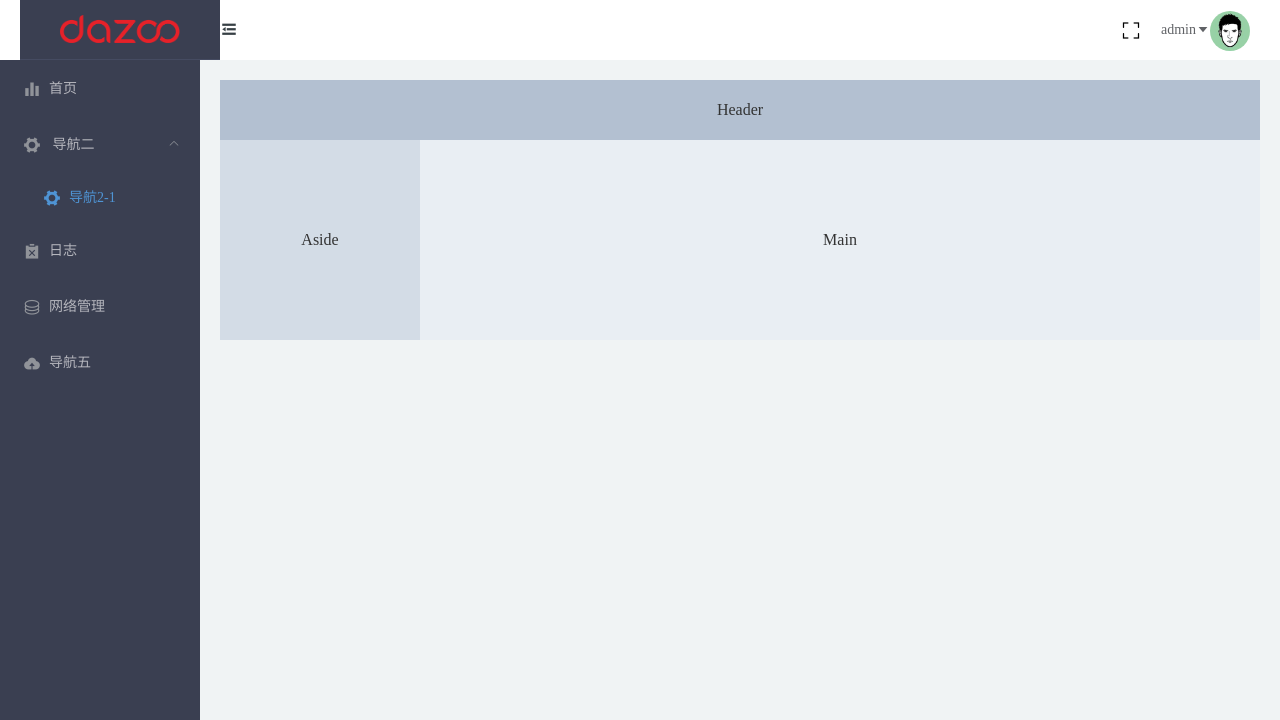
Repository: TomGodb/dazoo-admin
Page: /#/dashbord/aaa
These files come from the project's save history. The page is drawn as it stood at one moment and after the next save; the edit follows.
The browser window is 1280 px wide. The pictures show the whole page.
The project was rebuilt for these pictures with package versions that can differ from the ones it lists, and the page was loaded fresh each time. Also part of the build but not shown: vue.config.js, src/components/SlideVerify/index.vue, src/utils/request.js, src/views/login/http.js, src/views/login/index.vue.

Above is the page before, as saved 2021-01-23 11:25:42.

### public/index.html
<!DOCTYPE html>
<html lang="">
  <head>
    <meta charset="utf-8">
    <meta http-equiv="X-UA-Compatible" content="IE=edge">
    <meta name="viewport" content="width=device-width,initial-scale=1.0">
    <link rel="icon" href="<%= BASE_URL %>favicon.ico">
    <title>运维管理后台</title>
  </head>
  <body>
    <noscript>
      <strong>We're sorry but <%= htmlWebpackPlugin.options.title %> doesn't work properly without JavaScript enabled. Please enable it to continue.</strong>
    </noscript>
    <div id="app"></div>
    <!-- built files will be auto injected -->
  </body>
</html>

### src/main.js
import Vue from "vue";
import App from "./App.vue";
import router from "./router";
import store from "./store";
import ElementUI from 'element-ui';
import 'element-ui/lib/theme-chalk/index.css';
import "@/style/element.less";
Vue.config.productionTip = false;
Vue.use(ElementUI);
new Vue({
  router,
  store,
  render: h => h(App)
}).$mount("#app");

### src/App.vue
<template>
  <div id="app">
    <!-- <div id="nav">
      <router-link to="/">Home</router-link> |
      <router-link to="/about">About</router-link>
    </div> -->
    <router-view />
  </div>
</template>

<style lang="less">
* {
  padding: 0;
  margin: 0;
}
body,
html {
  height: 100%;
}
#app {
  font-family: "\5FAE\8F6F\96C5\9ED1";
  height: 100%;
}

// #nav {
//   padding: 30px;
//   a {
//     font-weight: bold;
//     color: #2c3e50;
//     &.router-link-exact-active {
//       color: #42b983;
//     }
//   }
// }
</style>

### src/router/index.js
import Vue from "vue";
import VueRouter from "vue-router";

import login from "@v/login/index.vue";
import Home from "@/Home/index.vue";
Vue.use(VueRouter);
import module from './modole'

export const currencyRoutes = [{
    path: "/",
    name: "login",
    component: login,
  },
  {
    path: "/Home",
    name: "Home",
    component: Home,
    redirect: "/dashbord",
    children: module,

  },
];
const router = new VueRouter({
  mode: "hash",
  base: process.env.BASE_URL,
  routes: currencyRoutes
});

export default router;

### src/store/index.js
import Vue from "vue";
import Vuex from "vuex";
import getters from "./getters"

Vue.use(Vuex);
export default new Vuex.Store({
  state: {
    opened: false
  },
  mutations: {
    SET_OPENED(state) {
      state.opened = !state.opened;
    },
  },
  actions: {},
  modules: {},
  getters
});

### src/Home/index.vue
<template>
  <div class="home-container">
    <el-container>
      <el-header> <m-header></m-header></el-header>
      <el-container>
        <el-aside :width="opened ? '64px' : '200px'">
          <el-menu
            :default-active="activeMenu"
            class="el-menu-vertical-demo"
            background-color="#3a3f51"
            text-color="#b5b6bd"
            active-text-color="rgb(79, 148, 212)"
            mode="vertical"
            :collapse-transition="false"
            router
            :collapse="opened"
          >
            <NavMenu :navMenus="menuData"></NavMenu>
          </el-menu>
        </el-aside>
        <el-main>
          <transition name="fade-page" mode="out-in">
            <router-view></router-view> </transition
        ></el-main>
      </el-container>
    </el-container>
    <!-- <el-container>
      <el-aside :width="opened ? '64px' : '200px'">
        <el-menu
          :default-active="activeMenu"
          class="el-menu-vertical-demo"
          background-color="#3a3f51"
          text-color="#b5b6bd"
          active-text-color="rgb(79, 148, 212)"
          mode="vertical"
          :collapse-transition="false"
          router
          :collapse="opened"
        >
          <NavMenu :navMenus="menuData"></NavMenu>
        </el-menu>
      </el-aside>
      <el-container>
        <el-header>
          <m-header></m-header>

        </el-header>
        <el-main>
          <transition name="fade-page" mode="out-in">
            <router-view></router-view>
          </transition>
        </el-main>
      </el-container>
    </el-container> -->
  </div>
</template>

<script>
import NavMenu from "./NavMenu";
import { mapGetters } from "vuex";
import MHeader from "./Header";
import { menuData } from "./NavMenu/meunDataRouter";
export default {
  components: {
    NavMenu,
    MHeader,
  },
  data() {
    return {
      menuData,
    };
  },
  computed: {
    activeMenu() {
      return this.$route.path;
    },
    ...mapGetters(["opened"]),
  },
};
</script>

<style lang="less" scoped>
.home-container {
  height: 100%;
  .el-aside {
    transition: width 0.3s;
    overflow: hidden;
    background-color: rgb(58, 63, 81);
  }
  .el-menu {
    border-right: 0px !important;
  }
  .fade-page-enter-active,
  .fade-page-leave-active {
    transition: all 0.5s;
  }
  .fade-page-enter {
    opacity: 0;
    transform: translateX(-30px);
  }
  .fade-page-leave-to {
    opacity: 0;
    transform: translateX(-30px);
  }
}
.el-container {
  // height:calc(100% - 60px);
  height: 100%;
}
.el-main {
  background-color: #f0f3f4;
}
</style>

### src/router/modole/index.js
import aaa from './aaa'
let routesArray = []

let toArray = (pages) => {
  Object.keys(pages).forEach((key) => {
    let obj = pages[key]
    Object.keys(obj).forEach((key) => {
      routesArray.push(obj[key])
    })
  })
}
toArray([aaa])

export default routesArray

### src/store/getters.js

const getters ={
    opened(state){
        return state.opened
    }
}
export default getters;

### src/Home/NavMenu/index.vue
<template>
  <div class="navMenu">

    <template v-for="navMenu in navMenus">
      <!-- 最后一级菜单 -->
      <el-menu-item
        v-if="!navMenu.children && navMenu"
        :key="navMenu.id"
        :data="navMenu"
        :index="navMenu.path"
      >
        <i :class="navMenu.meta.icon"></i>
        <span slot="title">{{ navMenu.meta.title }}</span>
      </el-menu-item>
      <!-- 此菜单下还有子菜单 -->
      <el-submenu
        v-if="navMenu.children && navMenu"
        :key="navMenu.id"
        :data="navMenu"
        :index="navMenu.path"
      >
        <template slot="title">
          <i :class="navMenu.meta.icon"></i>
          <span> {{ navMenu.meta.title }}</span>
        </template>
        <!-- 递归 -->
        <NavMenu :navMenus="navMenu.children"></NavMenu>
      </el-submenu>
    </template>
  </div>
</template>

<script>
import { mapGetters } from "vuex";
export default {
  computed: {
    ...mapGetters(["opened"]),
  },
  name: "NavMenu",
  props: ["navMenus"],
  data() {
    return {};
  },
  methods: {},
};
</script>
<style lang="less" scoped>

</style>

### src/Home/Header/index.vue
<template>
  <div class="sideCollapse">
    <header-l></header-l>
    <div class="sideCollapse-left" id="domColapse">
      <i
        :class="{ 'el-icon-s-unfold': opened, 'el-icon-s-fold': !opened }"
        @click="toggleOpen()"
      ></i>
    </div>
    <div class="sideCollapse-right">
      <user-dropdown></user-dropdown>
    </div>
  </div>
</template>

<script>
import { mapGetters } from "vuex";
import UserDropdown from "./UserDropdown";
import headerL from "./logo";
export default {
  components: {
    UserDropdown,
    headerL,
  },
  computed: {
    ...mapGetters(["opened"]),
  },
  methods: {
    toggleOpen() {
      this.$store.commit("SET_OPENED");
    },
  },
};
</script>
<style lang="less" scoped>
.sideCollapse-left {
  float: left;
  font-size: 18px;
  color: #363f44;
  cursor: pointer;
}
.sideCollapse {
  background-color: white;
  line-height: 60px;
  height: 100%;
}
.sideCollapse-right {
  float: right;
}
.header_l {
  transition: width 0.3s;
  float: left;
  background-color: #3a3f51;
  border-bottom: 1px solid #454b61;
  width: 200px;
  height: 59px;
  text-align: center;
  font-size: 15px;
  font-weight: 700;
  img {
    height: 28px;
    vertical-align: middle;
    position: relative;
    top: -3px;
  }
}
</style>

### src/Home/NavMenu/meunDataRouter.js
const menuData = [{
        id: 1,
        meta: {
            title: "首页",
            icon: "el-icon-s-data"
        },
        path: "/dashbord",
    },
    {
        id: 2,
        meta: {
            title: "导航二",
            icon: "el-icon-s-tools"
        },
        path: "/dashbord/aaa",

        children: [{

            path: "/dashbord/aaa",
            meta: {
                title: "导航2-1",
                icon: "el-icon-s-tools"
            },
        }]
    },
    {
        id: 3,
        meta: {
            title: "日志",
            icon: "el-icon-s-release"
        },
        path: "/",
    },
    {
        id: 4,
        meta: {
            title: "网络管理",
            icon: "el-icon-coin"
        },
        path: "/",
    },
    {
        id: 5,
        meta: {
            title: "导航五",
            icon: "el-icon-upload"
        },
        path: "/",
    },
]

export {
    menuData
}

### src/router/modole/aaa.js
export default [{
        path: "/dashbord",
        name: "Dashbord",
        component: () => import("@v/dashbord"),
        meta: {
            title: "首页",
            icon: "el-icon-s-data"
        }
    },
    {
        path: "/dashbord/aaa",
        name: "aaa",
        component: () => import("@v/aaa"),
        meta: {
            title: "aaa",
            icon: "el-icon-s-data"
        }
    },
]

### src/Home/Header/UserDropdown.vue
<template>
  <div>
    <div class="hoverBag" @click="toggleFull">
      <i class="el-icon-full-screen iconFont"></i>
    </div>
    <el-dropdown class="userDd hoverBag" @command="handleCommand">
      <div class="userDrop">
        <span class="userDrop_text">
          admin<i class="el-icon-caret-bottom"></i
        ></span>
        <img src="@a/ImgSrc/header_images/user01.jpg" alt="user" />
      </div>
      <el-dropdown-menu solt="dropdown">
        <el-dropdown-item
          v-for="(item, index) in dropdownList"
          :key="index"
          :command="index"
        >
          <i :class="item.icon"></i>{{ item.title }}
        </el-dropdown-item>
        <!-- <el-dropdown-item>
          <i class=""></i>
        </el-dropdown-item>
        <el-dropdown-item divided>
          <i class=""></i>
        </el-dropdown-item> -->
      </el-dropdown-menu>
    </el-dropdown>
  </div>
</template>
<script>
import screenfull from "screenfull";
export default {
  data() {
    return {
      dropdownList: [
        {
          icon: "el-icon-s-home",
          title: "首页",
          path: "/Home",
        },
        {
          icon: "el-icon-s-custom",
          title: "个人信息",
          path: "/dashbord/aaa",
        },
        {
          icon: "el-icon-switch-button",
          title: "登出",
          path: "/",
        },
      ],
    };
  },
  methods: {
    handleCommand(index) {
      this.$router.push(this.dropdownList[index].path);
    },
    toggleFull() {
      screenfull.toggle();
    },
  },
};
</script>
<style lang="less" scoped>
.iconFont {
  font-size: 20px;
  vertical-align: middle;
}
.userDrop img {
  vertical-align: middle;
  display: inline-block;
  width: 40px;
  height: 40px;
  border-radius: 50%;
  vertical-align: middle;
}

.hoverBag {
  cursor: pointer;
  height: 100%;
  padding: 0px 10px;
  float: left;
}
.hoverBag:hover {
  background: #f0f3f4;
}
</style>

### src/Home/Header/logo.vue
<template>
  <div>
    <div class="header_l" :style="{ width: opened ? '64px' : '200px' }">
      <img
        :src="
          require(opened
            ? '@a/ImgSrc/Home-logo/dazoo-logo.png'
            : '@a/ImgSrc/Home-logo/logo.jpg')
        "
        alt="logo"
        title="logo"
      />
    </div>
  </div>
</template>
<script>
import { mapGetters } from "vuex";
export default {
  computed: {
    ...mapGetters(["opened"]),
  },
};
</script>
<style lang="less" scoped>
.header_l {
  transition: width 0.3s;
  float: left;
  background-color: #3a3f51;
  border-bottom: 1px solid #454b61;
  width: 200px;
  height: 59px;
  text-align: center;
  font-size: 15px;
  font-weight: 700;
  img {
    height: 28px;
    vertical-align: middle;
    position: relative;
    top: -3px;
  }
}
</style>

### src/views/aaa/index.vue
<template>
<div>
    <el-container>
  <el-header>Header</el-header>
  <el-container>
    <el-aside width="200px">Aside</el-aside>
    <el-main>Main</el-main>
  </el-container>
</el-container>
</div>
</template>
<script>
export default {
    data(){
        return {

        }
    }
}
</script>
<style lang="less" scoped>
 .el-header, .el-footer {
    background-color: #B3C0D1;
    color: #333;
    text-align: center;
    line-height: 60px;
  }

  .el-aside {
    background-color: #D3DCE6;
    color: #333;
    text-align: center;
    line-height: 200px;
  }

  .el-main {
    background-color: #E9EEF3;
    color: #333;
    text-align: center;
    line-height: 160px;
  }

  body > .el-container {
    margin-bottom: 40px;
  }

  .el-container:nth-child(5) .el-aside,
  .el-container:nth-child(6) .el-aside {
    line-height: 260px;
  }

  .el-container:nth-child(7) .el-aside {
    line-height: 320px;
  }
</style>

### src/style/element.less
.el-menu--collapse .el-submenu__title{
    span{
        display: none;
    }
    .el-submenu__icon-arrow {
        display: none;
    }
}

After the next save:
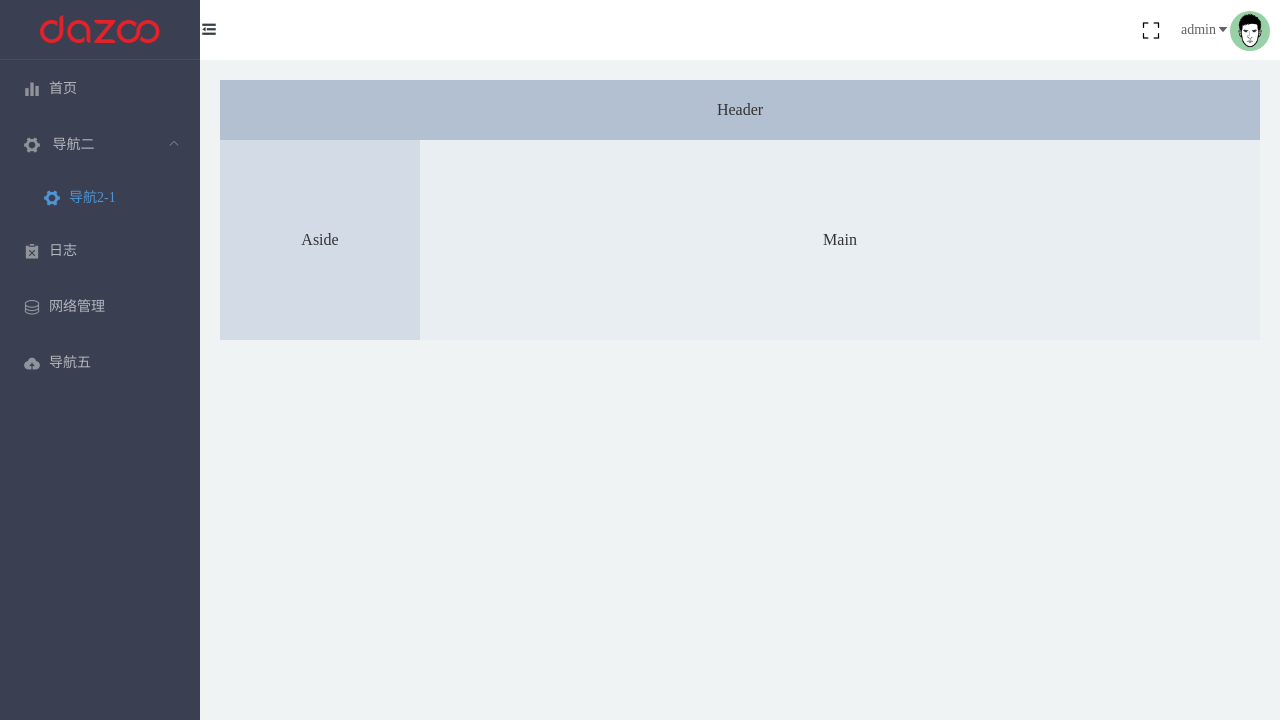
Saved 30 s later.
--- a/src/style/element.less
+++ b/src/style/element.less
@@ -6,3 +6,6 @@
         display: none;
     }
 }
+.el-header{
+    padding: 0px;
+}
